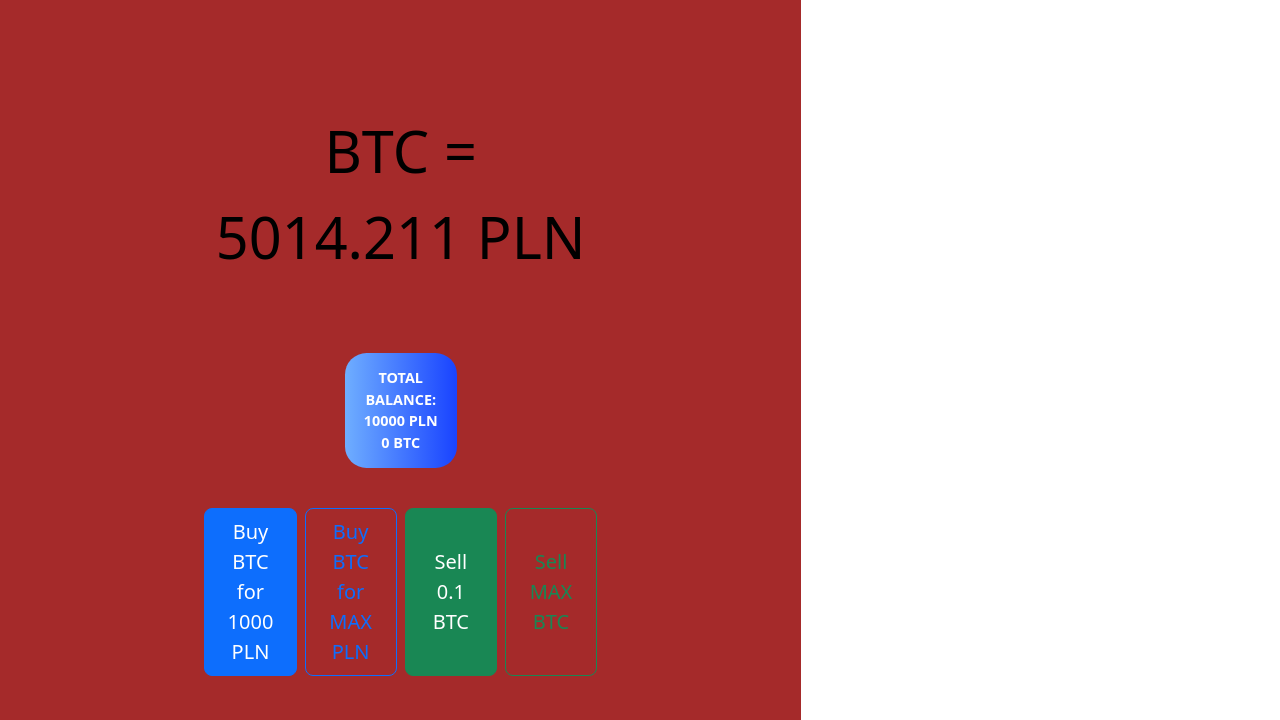
Repository: michalgornicki/bitcoin-virtual
Page: /
An editor plug-in stored every save of this project. The page is shown before and after a run of saves, followed by the edit.
The browser window is 1280 px wide. The pictures show the whole page.
The project was rebuilt for these pictures with package versions that can differ from the ones it lists, and the page was loaded fresh each time.

Above is the page before, as saved 2021-12-05 22:52:47.

### src/App.jsx
import React, { useState, useEffect } from "react";
import "./App.css";
import Button from "react-bootstrap/Button";
import "bootstrap/dist/css/bootstrap.min.css";

function App() {
  const [bitcoinPrice, setBitcoinPrice] = useState(5000);
  const [accountPLN, setAccountPLN] = useState(10000);
  const [accountBTC, setAccountBTC] = useState(0);

  const bitcoin = () => {
    let randomNumber = parseFloat((Math.random() * 20 - 10).toFixed(3));
    setBitcoinPrice((bitcoinPrice) =>
      parseFloat((bitcoinPrice + randomNumber).toFixed(3))
    );
    console.log(bitcoinPrice);

    setTimeout(bitcoin, 1000);
  };

  const buyBitcoin = () => {
    if (accountPLN >= 1000) {
      setAccountPLN(accountPLN - 1000);
      setAccountBTC((accountBTC) =>
        parseFloat((accountBTC + 1000 / bitcoinPrice).toFixed(6))
      );
      console.log(accountBTC);
    } else {
      setAccountPLN(0);
      setAccountBTC((accountBTC) =>
        parseFloat((accountBTC + accountPLN / bitcoinPrice).toFixed(6))
      );
    }
  };

  const buyMAXBitcoin = () => {
      setAccountPLN(0);
      setAccountBTC((accountBTC) =>
        parseFloat((accountBTC + accountPLN/bitcoinPrice).toFixed(6))
      );
      console.log(accountBTC);
  };

  const sellBitcoin = () => {
    if (accountBTC >= 0.1) {
      setAccountPLN(parseFloat((accountPLN + bitcoinPrice / 10).toFixed(6)));
      setAccountBTC((accountBTC) => parseFloat((accountBTC - 0.1).toFixed(6)));
      console.log(accountBTC);
    } else {
      setAccountPLN(
        parseFloat((accountPLN + bitcoinPrice * accountBTC).toFixed(6))
      );
      setAccountBTC((accountBTC) => parseFloat((0).toFixed(6)));
    }
  };

  const sellMAXBitcoin = () => {
      setAccountPLN(parseFloat((accountPLN + bitcoinPrice*accountBTC).toFixed(6)));
      setAccountBTC(0);
      console.log(accountBTC);
  };

  useEffect(() => {
    bitcoin();
  }, []);

  return (
    <div className="wrapper">
      <div className="price">BTC = {bitcoinPrice} PLN</div>
      <div className="account-container">
        <div className="account">TOTAL BALANCE:</div>
        <div className="account">{accountPLN} PLN</div>
        <div className="account">{accountBTC} BTC</div>
      </div>

      <div className="button-container w-50 m-auto">
        <Button variant="primary m-1 btn-lg w-50" onClick={buyBitcoin}>
          Buy BTC for 1000 PLN
        </Button>
        <Button variant="outline-primary m-1 btn-lg w-50" onClick={buyMAXBitcoin}>
          Buy BTC for MAX PLN
        </Button>
        <Button variant="success m-1 btn-lg w-50" onClick={sellBitcoin}>
          Sell 0.1 BTC
        </Button>
        <Button variant="outline-success m-1 btn-lg w-50" onClick={sellMAXBitcoin}>
          Sell MAX BTC
        </Button>
      </div>
    </div>
  );
}

export default App;

### src/App.css

body{
    font-family:'Segoe UI', Tahoma, Geneva, Verdana, sans-serif;
    user-select: none;
}

.wrapper{
    height: 100vh;
    width: fit-content;
    background-color: brown;
}

.price{
    font-size: 8vmin;
    display: block;
    margin: auto;
    padding-top: 15vmin;
    text-align: center;
    width: 50%;
    color: rgb(0, 0, 0);
}

.account-container{
    display: block;
    margin: auto;
    margin-top: 10vmin;
    margin-bottom: 5vmin;
    background: linear-gradient(to left, rgb(25, 67, 255), rgb(111, 174, 255));
    color: white;
    padding: 2vmin;
    border-radius: 3vmin;
    width: 14%;
}

.account{
    font-size: 2vmin;
    font-weight: 600;
    display: block;
    margin: auto;
    text-align: center;
}

.button-container{
    display: flex;
    justify-content: center;
}

.button{
    height: 10vmin;
    width: 10vmin;
    background-color: green;
    color: white;
    text-align: center;
    display: block;
    margin: 2vmin;
    margin-top: 10vmin;
    cursor: pointer;
}

Loaded but not shown: public/index.html (common file); src/index.js (common file); src/index.css (common file); src/reportWebVitals.js (common file)

After the next 2 saves:
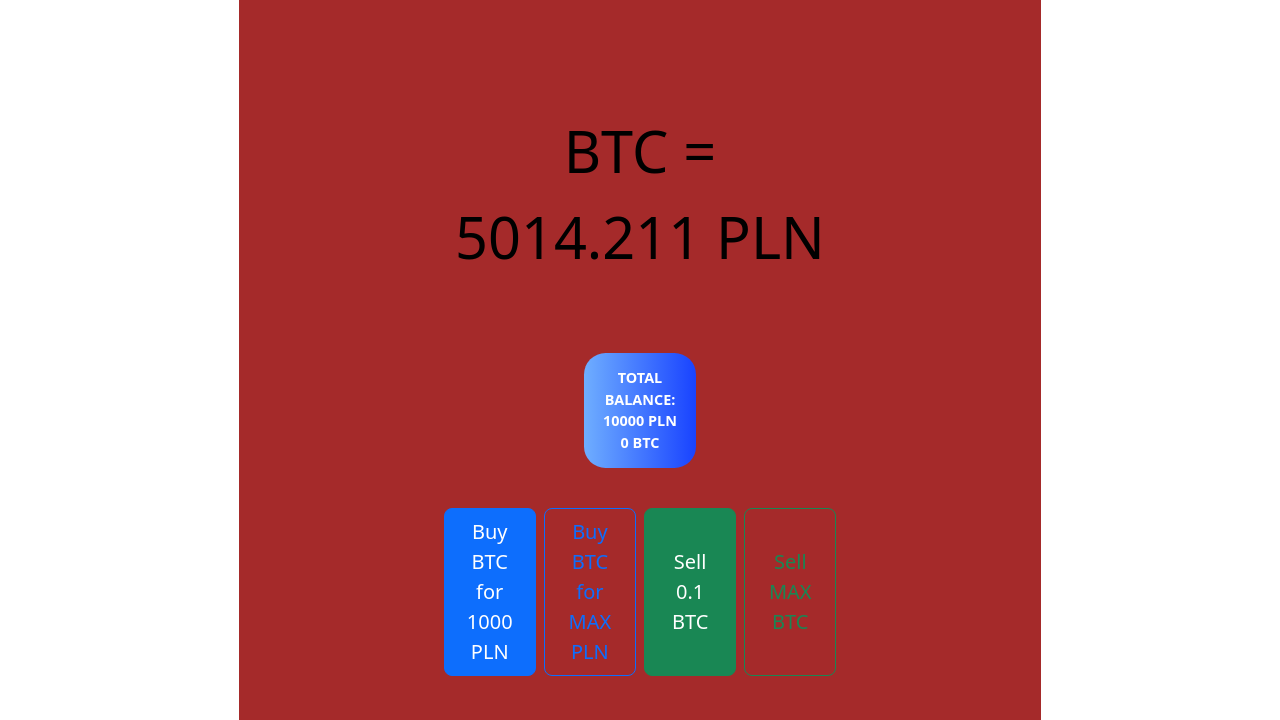
The 2 saves are shown as one change because they came seconds apart.
The last was saved 14 s later.
--- a/src/App.css
+++ b/src/App.css
@@ -8,6 +8,8 @@ body{
     height: 100vh;
     width: fit-content;
     background-color: brown;
+    display: block;
+    margin: auto;
 }
 
 .price{
